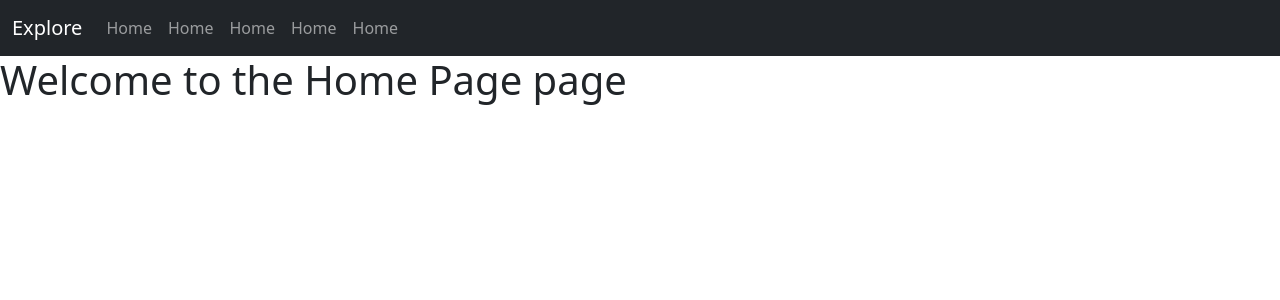
Repository: Survey-Wizard/SurveyWizard
Page: http://localhost/
These files come from the project's save history. The page is drawn as it stood at one moment and after a run of saves; the edit follows.
The browser window is 1280 px wide. The pictures show the whole page.
The page is served by the project's Node server (server.js). Other server files are loaded and not shown.

Above is the page before, as saved 2021-05-30 09:58:19.

### views/index.ejs
<!DOCTYPE html>
<html lang="en">
<head>
  <meta charset="UTF-8">
  <meta http-equiv="X-UA-Compatible" content="IE=edge">
  <meta name="viewport" content="width=device-width, initial-scale=1.0">
  <title><%= title %></title>
  <link rel='stylesheet' href='/bootstrap/dist/css/bootstrap.min.css' />
  <link rel='stylesheet' href='/@fortawesome/fontawesome-free/css/all.min.css' />
  <link rel='stylesheet' href='/Content/app.css' />

</head>
<body>

  <nav class="navbar navbar-expand-lg navbar-dark bg-dark">
    <div class="container-fluid">
      <a class="navbar-brand" href="#">Explore</a>

      <button class="navbar-toggler" type="button" data-bs-toggle="collapse" data-bs-target="#navbarSupportedContent" aria-controls="navbarSupportedContent" aria-expanded="false" aria-label="Toggle navigation">
        <span class="navbar-toggler-icon"></span>
      </button>

      <div class="collapse navbar-collapse" id="navbarSupportedContent">
        <ul class="navbar-nav ml-auto">

          <li class="nav-item active">
            <a class="nav-link"  href="#">Home</a>
          </li>

          <li class="nav-item active">
            <a class="nav-link"  href="#">Home</a>
          </li>

          <li class="nav-item active">
            <a class="nav-link"  href="#">Home</a>
          </li>

          <li class="nav-item active">
            <a class="nav-link"  href="#">Home</a>
          </li>

          <li class="nav-item active">
            <a class="nav-link"  href="#">Home</a>
          </li>

        </div>
      </nav>



  <h1>Welcome to the <%= title %> page</h1>


  <script src="/jquery/dist/jquery.min.js"></script>
  <script src="/bootstrap/dist/css/bootstrap.min.js"></script>
  <script src="/Scripts/app.js"></script>

</body>
</html>

### server.js
#!/usr/bin/env node

/**
 * Module dependencies.
 */

var app = require('./app');
var debug = require('debug')('assignment-1-portfolio:server');
var http = require('http');

/**
 * Get port from environment and store in Express.
 */

var port = normalizePort(process.env.PORT || '3000');
app.set('port', port);

/**
 * Create HTTP server.
 */

var server = http.createServer(app);

/**
 * Listen on provided port, on all network interfaces.
 */

server.listen(port);
server.on('error', onError);
server.on('listening', onListening);

/**
 * Normalize a port into a number, string, or false.
 */

function normalizePort(val) {
  var port = parseInt(val, 10);

  if (isNaN(port)) {
    // named pipe
    return val;
  }

  if (port >= 0) {
    // port number
    return port;
  }

  return false;
}

/**
 * Event listener for HTTP server "error" event.
 */

function onError(error) {
  if (error.syscall !== 'listen') {
    throw error;
  }

  var bind = typeof port === 'string'
    ? 'Pipe ' + port
    : 'Port ' + port;

  // handle specific listen errors with friendly messages
  switch (error.code) {
    case 'EACCES':
      console.error(bind + ' requires elevated privileges');
      process.exit(1);
      break;
    case 'EADDRINUSE':
      console.error(bind + ' is already in use');
      process.exit(1);
      break;
    default:
      throw error;
  }
}

/**
 * Event listener for HTTP server "listening" event.
 */

function onListening() {
  var addr = server.address();
  var bind = typeof addr === 'string'
    ? 'pipe ' + addr
    : 'port ' + addr.port;
  debug('Listening on ' + bind);
}

### routes/index.js
var express = require('express');
var router = express.Router();


/* GET home page. */
router.get('/', function(req, res, next) {
  res.render('index', { title: 'Home Page' });
});

/* GET home page. */
router.get('/home', function(req, res, next) {
  res.render('index', { title: 'Home Page' });
});

/* GET About page. */
router.get('/about', function(req, res, next) {
  res.render('index', { title: 'About' });
});

/* GET Projects page. */
router.get('/projects', function(req, res, next) {
  res.render('index', { title: 'Projects' });
});

/* GET Services page. */
router.get('/services', function(req, res, next) {
  res.render('index', { title: 'Services' });
});

/* GET Contact page. */
router.get('/contact', function(req, res, next) {
  res.render('index', { title: 'Contact Me' });
});



module.exports = router;

### app.js
let createError = require('http-errors');
let express = require('express');
let path = require('path');
let cookieParser = require('cookie-parser');
let logger = require('morgan');

let indexRouter = require('./routes/index');
let usersRouter = require('./routes/users');

let app = express();

// view engine setup
app.set('views', path.join(__dirname, 'views'));
app.set('view engine', 'ejs');

app.use(logger('dev'));
app.use(express.json());
app.use(express.urlencoded({ extended: false }));
app.use(cookieParser());
app.use(express.static(path.join(__dirname, 'public')));
app.use(express.static(path.join(__dirname, 'node_modules')));
app.use('/', indexRouter);
app.use('/users', usersRouter);

// catch 404 and forward to error handler
app.use(function(req, res, next) {
  next(createError(404));
});

// error handler
app.use(function(err, req, res, next) {
  // set locals, only providing error in development
  res.locals.message = err.message;
  res.locals.error = req.app.get('env') === 'development' ? err : {};

  // render the error page
  res.status(err.status || 500);
  res.render('error');
});

module.exports = app;

### public/Content/app.css
/* Custom css */

### public/Scripts/app.js
(function (){

    function Start ()
    {
        console.log("App Started...");

    }

    window.addEventListener("load", Start);

})();

After the next 2 saves:
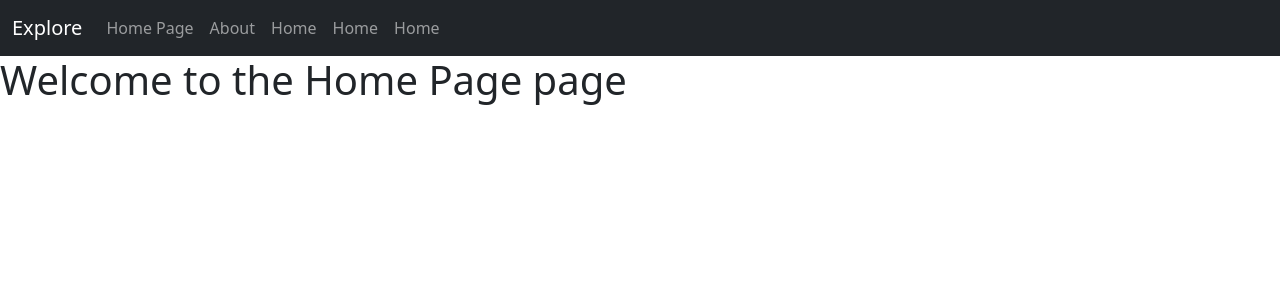
The 2 saves are shown as one change because they came seconds apart.
The last was saved 17 s later.
--- a/views/index.ejs
+++ b/views/index.ejs
@@ -24,11 +24,11 @@
         <ul class="navbar-nav ml-auto">
 
           <li class="nav-item active">
-            <a class="nav-link"  href="#">Home</a>
+            <a class="nav-link"  href="#">Home Page</a>
           </li>
 
           <li class="nav-item active">
-            <a class="nav-link"  href="#">Home</a>
+            <a class="nav-link"  href="#">About</a>
           </li>
 
           <li class="nav-item active">
